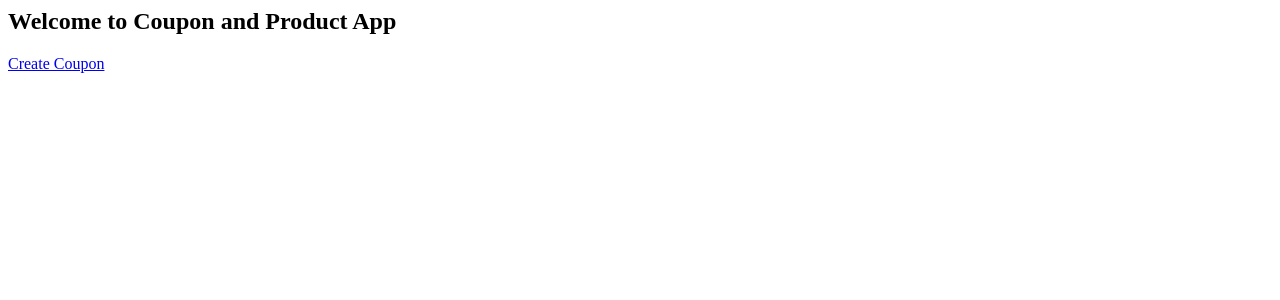
Repository: krutishilp/Sample
Page: http://localhost/couponandproductproject/
An editor plug-in stored every save of this project. The page is shown before and after the next save, followed by the edit.
The browser window is 1280 px wide. The pictures show the whole page.
The page is served by Tomcat 9.

Above is the page before, as saved 2020-09-04 06:24:16.

After the next save:
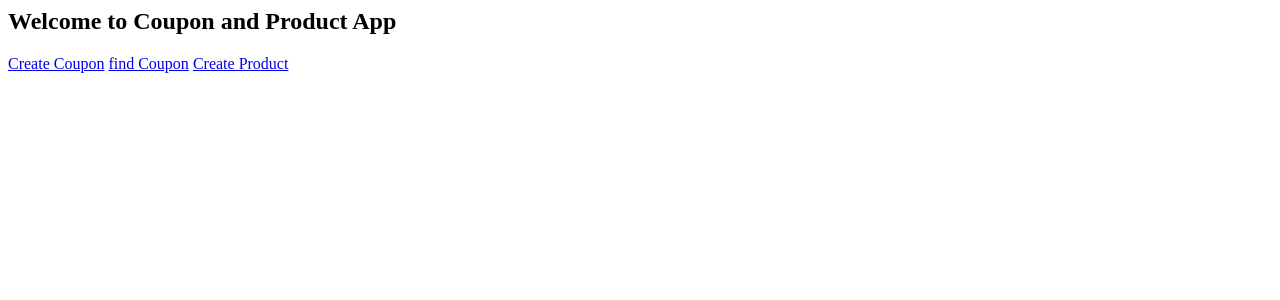
Saved 99 s later.
--- a/JAVA-Eclipse-workspace/couponandproductproject/src/main/webapp/index.jsp
+++ b/JAVA-Eclipse-workspace/couponandproductproject/src/main/webapp/index.jsp
@@ -3,5 +3,7 @@
 <h2>Welcome to Coupon and Product App</h2>
 
 <a href='createCoupon.jsp'>Create Coupon</a>
+<a href='createCoupon.jsp'>find Coupon</a>
+<a href='createCoupon.jsp'>Create Product</a>
 </body>
 </html>
